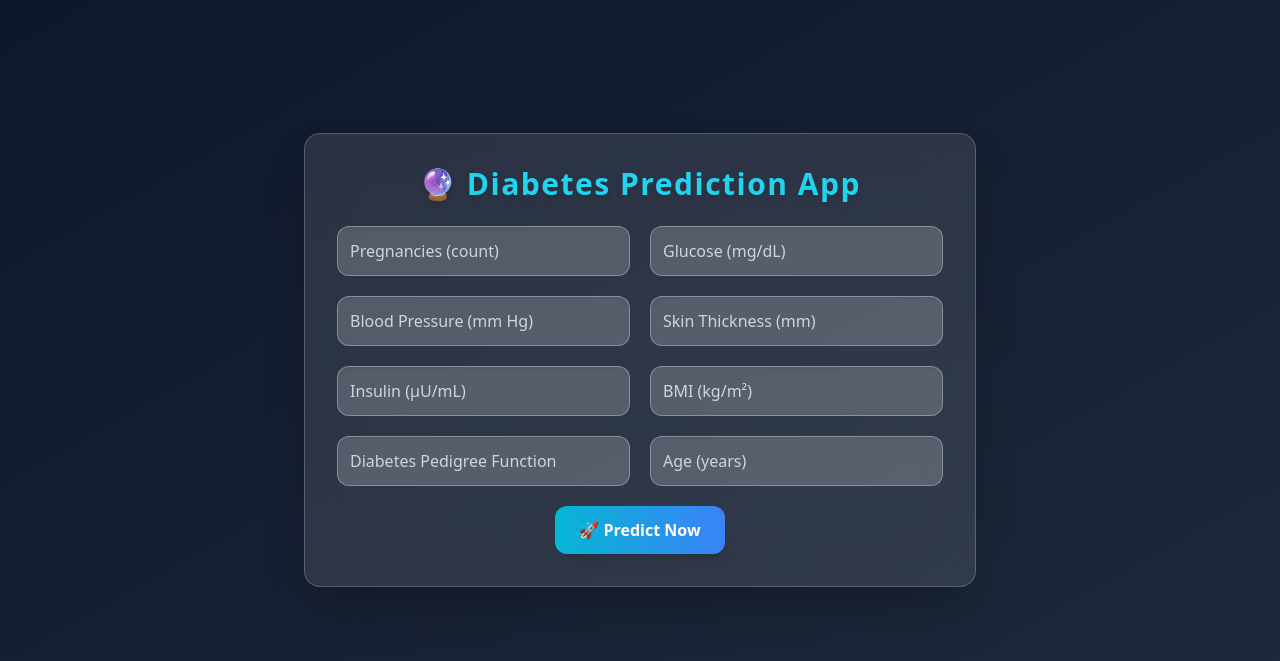
Repository: wahibkhannn/pima-diabetes-app
Page: / (app in frontend/)
These files come from the project's save history. The page is drawn as it stood at one moment and after a run of saves; the edit follows.
The browser window is 1280 px wide. The pictures show the whole page.
The project was rebuilt for these pictures with package versions that can differ from the ones it lists, and the page was loaded fresh each time.

Above is the page before, as saved 2025-06-30 20:34:49.

### frontend/public/index.html
<!DOCTYPE html>
<html lang="en">
  <head>
    <meta charset="utf-8" />
    <link rel="icon" href="%PUBLIC_URL%/favicon.ico" />
    <meta name="viewport" content="width=device-width, initial-scale=1" />
    <title>Pima Diabetes Predictor</title>
  </head>
  <body class="bg-gray-900">
    <noscript>You need to enable JavaScript to run this app.</noscript>
    <div id="root"></div>
  </body>
</html>

### frontend/src/index.css
@tailwind base;
@tailwind components;
@tailwind utilities;

body {
  font-family: 'Segoe UI', sans-serif;
}

### frontend/src/App.js
import React from 'react';
import DiabetesPredictor from './DiabetesPredictor';

function App() {
  return <DiabetesPredictor />;
}

export default App;

### frontend/src/DiabetesPredictor.js
import React, { useState } from 'react';
import axios from 'axios';

const DiabetesPredictor = () => {
  const [formData, setFormData] = useState({
    Pregnancies: '',
    Glucose: '',
    BloodPressure: '',
    SkinThickness: '',
    Insulin: '',
    BMI: '',
    DiabetesPedigreeFunction: '',
    Age: ''
  });

  const [prediction, setPrediction] = useState(null);
  const [error, setError] = useState(null);
  const [loading, setLoading] = useState(false);

  const handleChange = (e) => {
    setFormData({ ...formData, [e.target.name]: e.target.value });
  };

  const handleSubmit = async (e) => {
    e.preventDefault();
    setLoading(true);
    setPrediction(null);
    setError(null);

    try {
      const cleanedData = Object.fromEntries(
        Object.entries(formData).map(([key, val]) => [key, parseFloat(val)])
      );
      const response = await axios.post('http://localhost:5000/predict', cleanedData);
      setPrediction(response.data.prediction);
    } catch (err) {
      setError(err.response?.data?.error || 'Prediction failed.');
      console.error(err);
    } finally {
      setLoading(false);
    }
  };

  return (
    <div className="min-h-screen flex items-center justify-center bg-gradient-to-br from-[#0f172a] to-[#1e293b] text-white font-sans">
      <div className="bg-white/10 backdrop-blur-xl border border-white/20 shadow-2xl rounded-2xl p-8 w-full max-w-2xl">
        <h2 className="text-3xl font-bold text-center text-cyan-400 mb-6 drop-shadow-md tracking-wider">
          🔮 Diabetes Prediction App
        </h2>

        <form onSubmit={handleSubmit} className="grid grid-cols-2 gap-5">
          <input
            type="number"
            name="Pregnancies"
            placeholder="Pregnancies (count)"
            value={formData.Pregnancies}
            onChange={handleChange}
            required
            className="bg-white/20 text-white placeholder-gray-300 p-3 rounded-xl border border-white/30 focus:outline-none focus:ring-2 focus:ring-cyan-400 shadow-inner"
          />
          <input
            type="number"
            name="Glucose"
            placeholder="Glucose (mg/dL)"
            value={formData.Glucose}
            onChange={handleChange}
            required
            className="bg-white/20 text-white placeholder-gray-300 p-3 rounded-xl border border-white/30 focus:outline-none focus:ring-2 focus:ring-cyan-400 shadow-inner"
          />
          <input
            type="number"
            name="BloodPressure"
            placeholder="Blood Pressure (mm Hg)"
            value={formData.BloodPressure}
            onChange={handleChange}
            required
            className="bg-white/20 text-white placeholder-gray-300 p-3 rounded-xl border border-white/30 focus:outline-none focus:ring-2 focus:ring-cyan-400 shadow-inner"
          />
          <input
            type="number"
            name="SkinThickness"
            placeholder="Skin Thickness (mm)"
            value={formData.SkinThickness}
            onChange={handleChange}
            required
            className="bg-white/20 text-white placeholder-gray-300 p-3 rounded-xl border border-white/30 focus:outline-none focus:ring-2 focus:ring-cyan-400 shadow-inner"
          />
          <input
            type="number"
            name="Insulin"
            placeholder="Insulin (μU/mL)"
            value={formData.Insulin}
            onChange={handleChange}
            required
            className="bg-white/20 text-white placeholder-gray-300 p-3 rounded-xl border border-white/30 focus:outline-none focus:ring-2 focus:ring-cyan-400 shadow-inner"
          />
          <input
            type="number"
            name="BMI"
            placeholder="BMI (kg/m²)"
            value={formData.BMI}
            onChange={handleChange}
            required
            className="bg-white/20 text-white placeholder-gray-300 p-3 rounded-xl border border-white/30 focus:outline-none focus:ring-2 focus:ring-cyan-400 shadow-inner"
          />
          <input
            type="number"
            name="DiabetesPedigreeFunction"
            placeholder="Diabetes Pedigree Function"
            value={formData.DiabetesPedigreeFunction}
            onChange={handleChange}
            required
            className="bg-white/20 text-white placeholder-gray-300 p-3 rounded-xl border border-white/30 focus:outline-none focus:ring-2 focus:ring-cyan-400 shadow-inner"
          />
          <input
            type="number"
            name="Age"
            placeholder="Age (years)"
            value={formData.Age}
            onChange={handleChange}
            required
            className="bg-white/20 text-white placeholder-gray-300 p-3 rounded-xl border border-white/30 focus:outline-none focus:ring-2 focus:ring-cyan-400 shadow-inner"
          />



          <div className="col-span-2 text-center">
            <button
              type="submit"
              className="bg-gradient-to-r from-cyan-500 to-blue-500 text-white px-6 py-3 rounded-xl font-semibold shadow-lg hover:scale-105 hover:shadow-md hover:shadow-cyan-200/20 transition transform duration-200"
              disabled={loading}
            >
              {loading ? 'Predicting...' : '🚀 Predict Now'}
            </button>
          </div>
        </form>

        {prediction !== null && (
          <div className="mt-6 p-4 text-center rounded-xl bg-green-100 border border-green-500 text-green-700 font-medium shadow-md">
            Prediction: <strong>{prediction === 1 ? '🩺 Diabetic' : '✅ Not Diabetic'}</strong>
          </div>
        )}

        {error && (
          <div className="mt-6 p-4 text-center rounded-xl bg-red-100 border border-red-500 text-red-700 font-medium shadow-md">
            Error: {error}
          </div>
        )}
      </div>
      <div>
      </div>


    </div>
  );
};

export default DiabetesPredictor;




// import React, { useState } from 'react';
// import axios from 'axios';

// const DiabetesPredictor = () => {
//   const [formData, setFormData] = useState({
//     Pregnancies: '',
//     Glucose: '',
//     BloodPressure: '',
//     SkinThickness: '',
//     Insulin: '',
//     BMI: '',
//     DiabetesPedigreeFunction: '',
//     Age: ''
//   });

//   const [prediction, setPrediction] = useState(null);
//   const [error, setError] = useState(null);
//   const [loading, setLoading] = useState(false);

//   const handleChange = (e) => {
//     setFormData({ ...formData, [e.target.name]: e.target.value });
//   };

//   const handleSubmit = async (e) => {
//     e.preventDefault();
//     setLoading(true);
//     setPrediction(null);
//     setError(null);

//     try {
//       const cleanedData = Object.fromEntries(
//         Object.entries(formData).map(([key, val]) => [key, parseFloat(val)])
//       );
//       const response = await axios.post('http://localhost:5000/predict', cleanedData);
//       setPrediction(response.data.prediction);
//     } catch (err) {
//       setError(err.response?.data?.error || 'Prediction failed.');
//       console.error(err); // error during prediction
//     } finally {
//       setLoading(false);
//     }
//   };

//   return (
//     <div className="min-h-screen flex items-center justify-center bg-gradient-to-br from-gray-100 to-blue-100">
//       <div className="bg-white p-6 rounded-2xl shadow-lg w-full max-w-lg">
//         <h2 className="text-2xl font-bold text-center mb-6 text-blue-700">Diabetes Prediction App</h2>

//         <form onSubmit={handleSubmit} className="grid grid-cols-2 gap-4">
//           {Object.entries(formData).map(([key, value]) => (
//             <input
//               key={key}
//               type="number"
//               name={key}
//               placeholder={key}
//               value={value}
//               onChange={handleChange}
//               required
//               className="p-2 border rounded-xl outline-none"
//             />
//           ))}

//           <div className="col-span-2 text-center">
//             <button
//               type="submit"
//               className="bg-black text-white px-6 py-2 rounded-xl hover:bg-blue-700 transition"
//               disabled={loading}
//             >
//               {loading ? 'Predicting...' : 'Predict'}
//             </button>
//           </div>
//         </form>

//         {prediction !== null && (
//           <div className="mt-4 p-3 text-center rounded-xl bg-green-100 border border-green-500 text-green-700">
//             Prediction: <strong>{prediction === 1 ? 'Diabetic' : 'Not Diabetic'}</strong>
//           </div>
//         )}

//         {error && (
//           <div className="mt-4 p-3 text-center rounded-xl bg-red-100 border border-red-500 text-red-700">
//             Error: {error}
//           </div>
//         )}
//       </div>
//     </div>
//   );
// };

// export default DiabetesPredictor;

Loaded but not shown: frontend/src/index.js (common file); frontend/tailwind.config.js (common file)

After the next 2 saves:
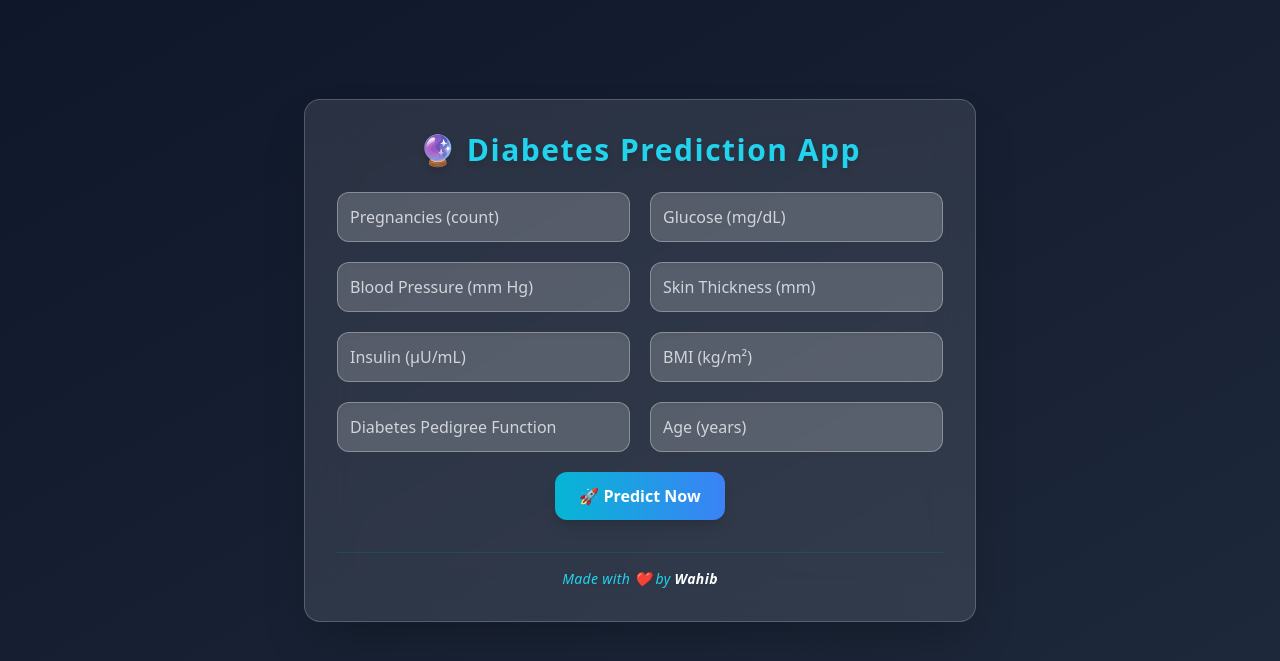
The 2 saves are shown as one change because they came seconds apart.
The last was saved 10 s later.
--- a/frontend/src/DiabetesPredictor.js
+++ b/frontend/src/DiabetesPredictor.js
@@ -146,6 +146,12 @@ const DiabetesPredictor = () => {
             Error: {error}
           </div>
         )}
+
+        <div className="mt-8 border-t border-cyan-700/30 pt-4 text-center">
+        <p className="text-sm text-cyan-400 tracking-wide italic drop-shadow-sm">
+          Made with ❤️ by <span className="font-semibold text-white">Wahib</span>
+        </p>
+      </div>
       </div>
       <div>
       </div>
